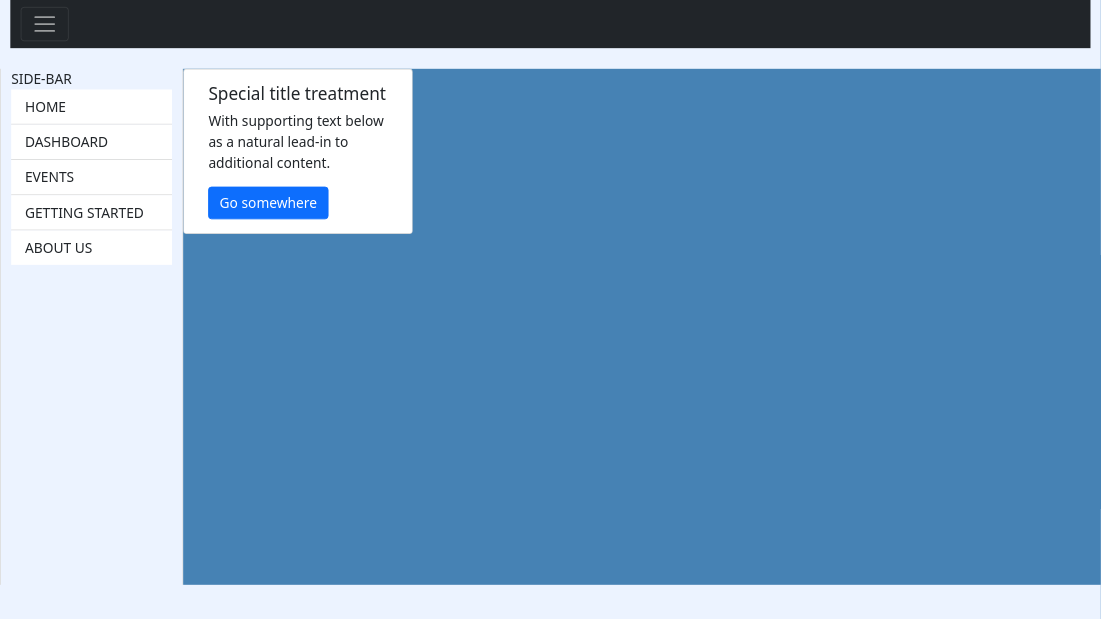
Repository: Dayvid0/BOOTSTRAP-TUTORIALS
Page: cosmos.example.html
These files come from the project's save history. The page is drawn as it stood at one moment and after the next save; the edit follows.
The browser window is 1280 px wide. The pictures show the whole page, at 86% of full size.

Above is the page before, as saved 2025-01-29 09:20:44.

### cosmos.example.html
<!doctype html>
<html lang="en">
  <head>
    <!-- Required meta tags -->
    <meta charset="utf-8">
    <meta name="viewport" content="width=device-width, initial-scale=1">
    <!-- Bootstrap CSS -->
    <link href="https://cdn.jsdelivr.net/npm/bootstrap@5.0.2/dist/css/bootstrap.min.css" rel="stylesheet" integrity="sha384-EVSTQN3/azprG1Anm3QDgpJLIm9Nao0Yz1ztcQTwFspd3yD65VohhpuuCOmLASjC" crossorigin="anonymous">
    <title>Cosmos-example</title>
    <style>
      body {
        background-color: #ecf3ff;
      }
      .main-content {
        background-color: #4682b4 ;
      }
      .sidebar {
        min-height: 600px;
        border-right: 1px solid;
        border-right: 1px solid #ddd;
        border-left: 1px solid #ddd;
      }
    </style>
  </head>
  <body>
<div class="container-fluid">
  <!--navbar-->
  <div class="collapse" id="navbarToggleExternalContent">
    <div class="bg-dark p-4">
      <h5 class="text-white h4">Collapsed content</h5>
      <span class="text-muted">Toggleable via the navbar brand.</span>
    </div>
  </div>
  <nav class="navbar navbar-dark bg-dark">
    <div class="container-fluid">
      <button class="navbar-toggler" type="button" data-bs-toggle="collapse" data-bs-target="#navbarToggleExternalContent" aria-controls="navbarToggleExternalContent" aria-expanded="false" aria-label="Toggle navigation">
        <span class="navbar-toggler-icon"></span>
      </button>
    </div>
  </nav>
</div>
<div class="container-fluid">
  <div class="row pt-4">
    <div class="sidebar col-md-2">
      SIDE-BAR
      <ul class="list-group list-group-flush">
        <li class="list-group-item">HOME </li>
        <li class="list-group-item">DASHBOARD</li>
        <li class="list-group-item">EVENTS</li>
        <li class="list-group-item">GETTING STARTED</li>
        <li class="list-group-item">ABOUT US</li>
      </ul>
    </div>
    <div class="main-content col-md-10 ">
    <div class="row">
      <div class="col-md-4 col-lg-3 col-sm-6 col col-xs-12">
        <div class="row">
    <div class="card">
      <div class="card-body">
        <h5 class="card-title">Special title treatment</h5>
        <p class="card-text">With supporting text below as a natural lead-in to additional content.</p>
        <a href="#" class="btn btn-primary">Go somewhere</a>
      </div>
    </div>
  </div>
      </div>
    </div>
    </div>
  </div>
</div>
    <script src="https://cdn.jsdelivr.net/npm/bootstrap@5.0.2/dist/js/bootstrap.bundle.min.js" integrity="sha384-MrcW6ZMFYlzcLA8Nl+NtUVF0sA7MsXsP1UyJoMp4YLEuNSfAP+JcXn/tWtIaxVXM" crossorigin="anonymous"></script>
  </body>
</html>

After the next save:
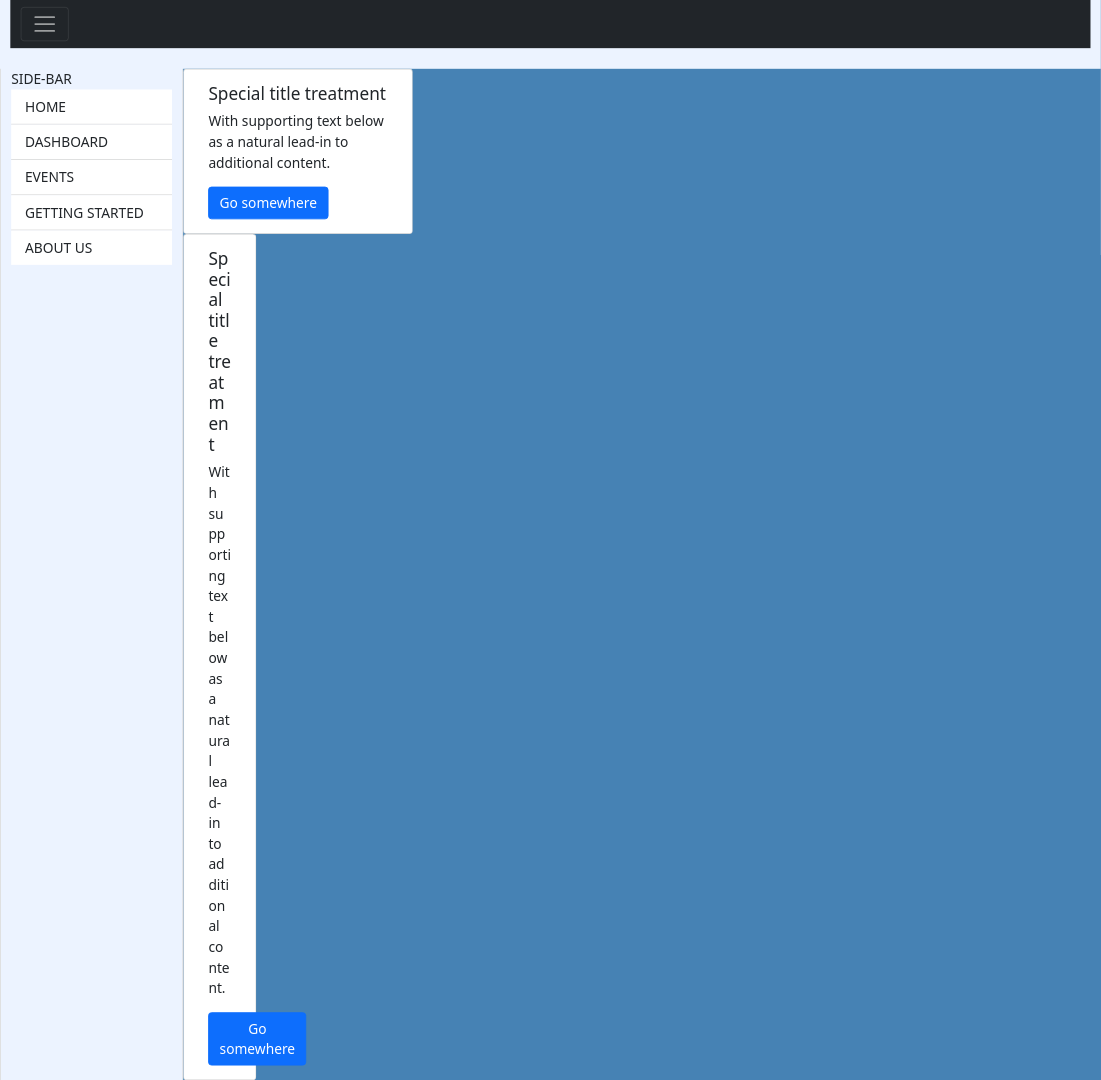
Saved 34 s later.
--- a/cosmos.example.html
+++ b/cosmos.example.html
@@ -55,7 +55,7 @@
     <div class="row">
       <div class="col-md-4 col-lg-3 col-sm-6 col col-xs-12">
         <div class="row">
-    <div class="card">
+      <div class="card">
       <div class="card-body">
         <h5 class="card-title">Special title treatment</h5>
         <p class="card-text">With supporting text below as a natural lead-in to additional content.</p>
@@ -63,6 +63,16 @@
       </div>
     </div>
   </div>
+  <div class="col-md-4 col-lg-3 col-sm-6 col col-xs-12">
+    <div class="row">
+  <div class="card">
+  <div class="card-body">
+    <h5 class="card-title">Special title treatment</h5>
+    <p class="card-text">With supporting text below as a natural lead-in to additional content.</p>
+    <a href="#" class="btn btn-primary">Go somewhere</a>
+  </div>
+</div>
+</div>
       </div>
     </div>
     </div>

After the save that followed:
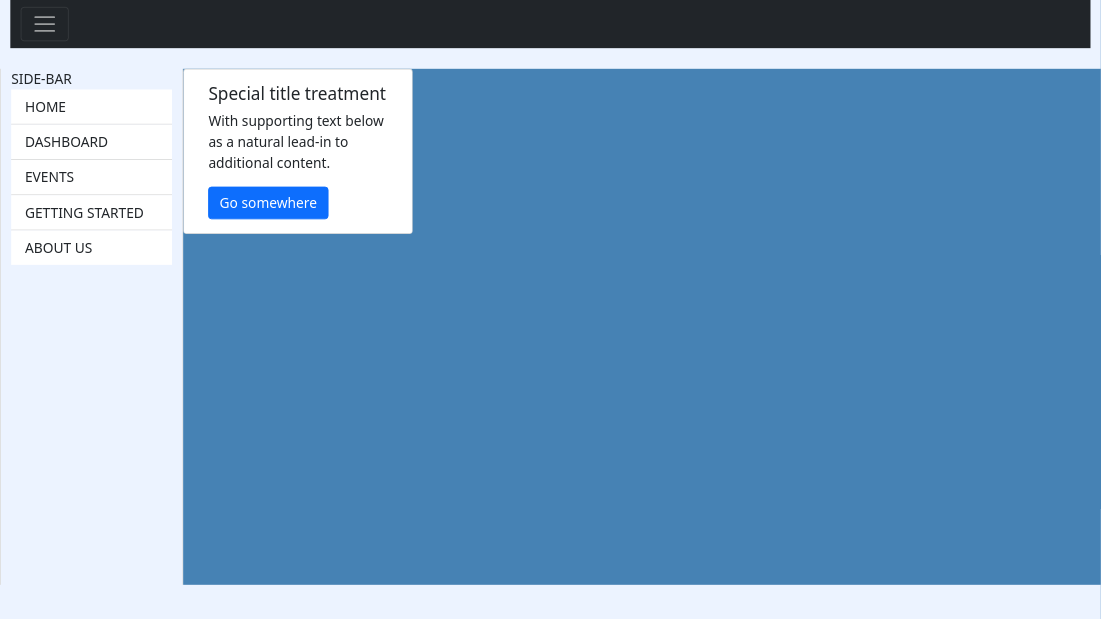
Saved 15 s later.
--- a/cosmos.example.html
+++ b/cosmos.example.html
@@ -63,16 +63,6 @@
       </div>
     </div>
   </div>
-  <div class="col-md-4 col-lg-3 col-sm-6 col col-xs-12">
-    <div class="row">
-  <div class="card">
-  <div class="card-body">
-    <h5 class="card-title">Special title treatment</h5>
-    <p class="card-text">With supporting text below as a natural lead-in to additional content.</p>
-    <a href="#" class="btn btn-primary">Go somewhere</a>
-  </div>
-</div>
-</div>
       </div>
     </div>
     </div>
